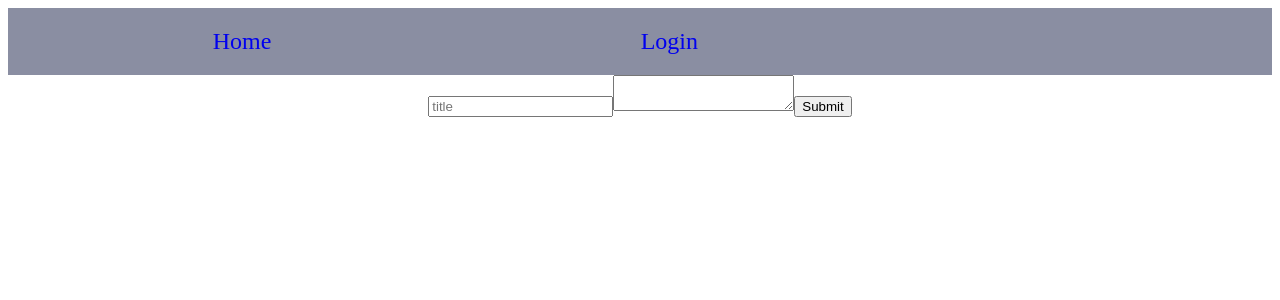
Repository: albinsabu2023/postapp
Page: /createpost
An editor plug-in stored every save of this project. The page is shown before and after the next save, followed by the edit.
The browser window is 1280 px wide. The pictures show the whole page.
The project was rebuilt for these pictures with package versions that can differ from the ones it lists, and the page was loaded fresh each time. Also part of the build but not shown: src/Components/Home.tsx, src/Components/Login.tsx.

Above is the page before, as saved 2024-02-05 09:47:54.

### src/App.tsx
import  {BrowserRouter as Router,Routes,Route} from "react-router-dom"
import './App.css';
import Home from "./Components/Home";
import Login from "./Components/Login";
import Navbar from "./Components/Navbar";
import CreatePosts from "./create-post/CreatePosts";


function App() {
  return (
    <div className="App">
      <Router>
         <Navbar/>
        <Routes>
          <Route path ="/" element={<Home/>}/>
          <Route path="/login" element={<Login/>}/>
          <Route path="/createpost" element={<CreatePosts/>}/>
        </Routes>
      </Router>
    </div>
  );
}

export default App;

### src/Components/Navbar.tsx
import React from 'react'
import { Link } from 'react-router-dom'
import  "./Navbar.css"
import {auth } from  "../config/firebase"
import { useAuthState } from 'react-firebase-hooks/auth'
import { signOut } from 'firebase/auth'
function Navbar() {
    const  [user] =useAuthState(auth);
    const signUserOut =async ()=>{
        await signOut(auth);
    }
  return (
    <div className="navContainer">
        <Link to ="/">Home</Link>

        {
            !user ?
            <Link to ="Login">Login</Link> :
            <Link to ="/createpost">CreatePost</Link>
        }
        <div>
            {user&&
            <>
            <p>{user?.displayName}</p>
            <img src={user?.photoURL|| "" } alt="" width="30" height="30"
            />
            <button onClick={signUserOut}>Logout</button>
            </>
            }
        </div>


    </div>
  )
}

export default Navbar

### src/create-post/CreatePosts.tsx
import React from 'react'
import CreateForm from './CreateForm'

function CreatePosts() {



  return (
    <div>
        <CreateForm/>
    </div>
  )
}

export default CreatePosts

### src/config/firebase.ts
// Import the functions you need from the SDKs you need
import { initializeApp } from "firebase/app";
import {getAuth,GoogleAuthProvider} from "firebase/auth"
// Your web app's Firebase configuration
const firebaseConfig = {
  apiKey: "AIzaSyAXzQPkCsYKttYouVkFv4r2aLbj-85i5zE",
  authDomain: "react-course-dd6fc.firebaseapp.com",
  projectId: "react-course-dd6fc",
  storageBucket: "react-course-dd6fc.appspot.com",
  messagingSenderId: "692642929267",
  appId: "1:692642929267:web:22ba5d27ba69920755e806"
};
// Initialize Firebase
const app = initializeApp(firebaseConfig);
export const auth=getAuth(app);
export const provider = new GoogleAuthProvider();

### src/Components/Navbar.css
.navContainer{
    display: flex;
    align-items: center;
    justify-content: space-around;
    background-color: rgb(138, 142, 162);
    padding: 20px;



}
.navContainer :link{
    text-decoration:none;
    text-decoration-color: rgb(128, 127, 127);
    font-size: x-large;

}

### src/create-post/CreateForm.tsx
import React from 'react'

import {useForm} from  "react-hook-form"

import {yupResolver} from "@hookform/resolvers/yup"
import * as yup from "yup"
import { CreateContextOptions } from 'vm'

interface CreateFormData {
  title:string,
  description:string,

}

function CreateForm() {

  const schema=yup.object().shape({
  title:yup.string().required("enter the title"),
  description:yup.string().required("enter the description"),
  })

  const {register,handleSubmit}=useForm<CreateFormData>({
    resolver:yupResolver(schema),
  })
  const createForm =((data:CreateFormData)=>{
      console.log(data);

  })
  return (
    <form onSubmit={handleSubmit(createForm)}>
        <input type="text"  placeholder='title' {...register("title")}/>
        <textarea maxLength={300} {...register("description")}/>
        <input type="submit"  />
    </form>
  )
}

export default CreateForm

Loaded but not shown: public/index.html (common file); src/index.tsx (common file); src/App.css (common file)

After the next save:
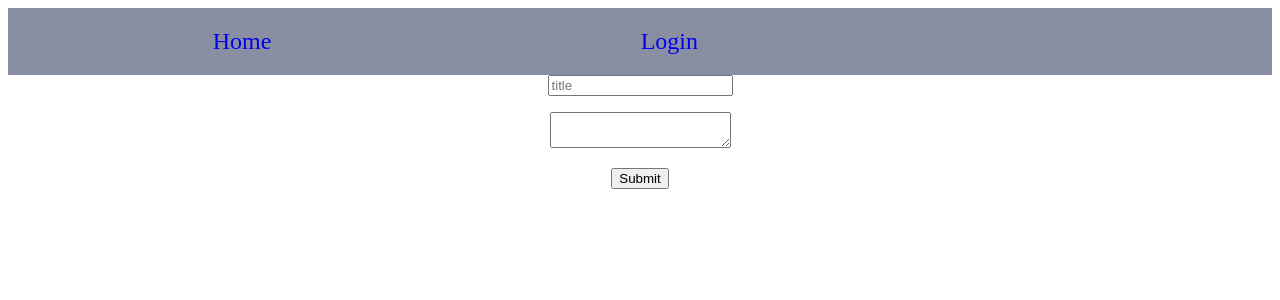
Saved 66 s later.
--- a/src/create-post/CreateForm.tsx
+++ b/src/create-post/CreateForm.tsx
@@ -19,7 +19,7 @@ function CreateForm() {
   description:yup.string().required("enter the description"),
   })
 
-  const {register,handleSubmit}=useForm<CreateFormData>({
+  const {register,handleSubmit,formState :{errors}}=useForm<CreateFormData>({
     resolver:yupResolver(schema),
   })
   const createForm =((data:CreateFormData)=>{
@@ -29,7 +29,9 @@ function CreateForm() {
   return (
     <form onSubmit={handleSubmit(createForm)}>
         <input type="text"  placeholder='title' {...register("title")}/>
+        <p>{errors.title?.message}</p>
         <textarea maxLength={300} {...register("description")}/>
+        <p>{errors.description?.message}</p>
         <input type="submit"  />
     </form>
   )
